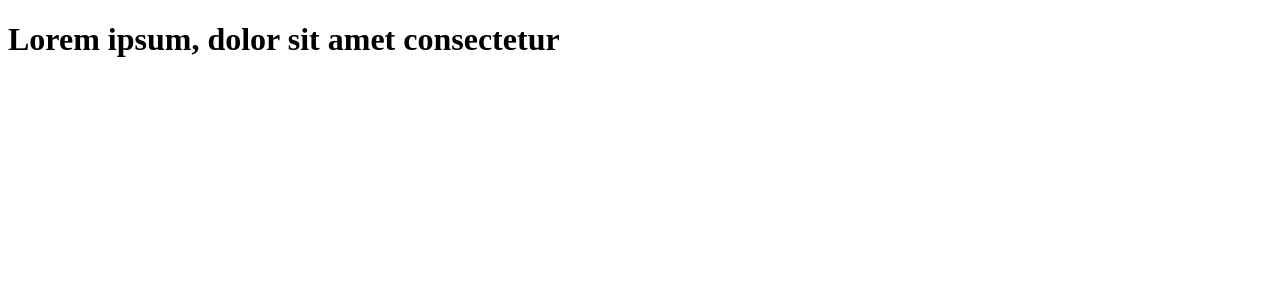
Repository: tongdkhai/Graphic-Art-Mart
Page: test/test.html
An editor plug-in stored every save of this project. The page is shown before and after the next save, followed by the edit.
The browser window is 1280 px wide. The pictures show the whole page.

Above is the page before, as saved 2022-10-25 17:19:02.

### test/test.html
<!DOCTYPE html>
<html lang="en">
  <head>
    <meta charset="UTF-8" />
    <meta http-equiv="X-UA-Compatible" content="IE=edge" />
    <meta name="viewport" content="width=device-width, initial-scale=1.0" />
    <title>Document</title>
    <link
      rel="stylesheet"
      href="https://unpkg.com/flickity@2.3.0/dist/flickity.pkgd.min.js"
    />
    <link
      rel="stylesheet"
      href="https://unpkg.com/flickity@2.3.0/dist/flickity.css"
    />
    <link rel="stylesheet" href="./flickity-master/css/flickity.css" />
    <style>
    </style>
  </head>
  <body>
    <h1 class="title">Lorem ipsum, dolor sit amet consectetur </h1>
    <div class="box" data-flickity='"freeScroll": true, "wrapAround": true'>

    </div>
    <script type="text/javascript" src="./docs/flickity.pkgd.min.js"></script>
  </body>
</html>

### test/flickity-master/css/flickity.css
/*! Flickity v3.0.0
https://flickity.metafizzy.co
---------------------------------------------- */

.flickity-enabled {
  position: relative;
}

.flickity-enabled:focus { outline: none; }

.flickity-viewport {
  overflow: hidden;
  position: relative;
  height: 100%;
  touch-action: pan-y;
}

.flickity-slider {
  position: absolute;
  width: 100%;
  height: 100%;
  left: 0;
}

.flickity-rtl .flickity-slider {
  left: unset;
  right: 0;
}

/* draggable */

.flickity-enabled.is-draggable {
  -webkit-tap-highlight-color: transparent;
  user-select: none;
}

.flickity-enabled.is-draggable .flickity-viewport {
  cursor: move;
  cursor: grab;
}

.flickity-enabled.is-draggable .flickity-viewport.is-pointer-down {
  cursor: grabbing;
}

/* ---- flickity-cell ---- */

.flickity-cell {
  position: absolute;
  left: 0;
}

.flickity-rtl .flickity-cell {
  left: unset;
  right: 0;
}

/* ---- flickity-button ---- */

.flickity-button {
  position: absolute;
  background: hsl(0 0% 100% / 75%);
  border: none;
  color: #333;
}

.flickity-button:hover {
  background: white;
  cursor: pointer;
}

.flickity-button:focus {
  outline: none;
  box-shadow: 0 0 0 5px #19F;
}

.flickity-button:active {
  opacity: 0.6;
}

.flickity-button:disabled {
  opacity: 0.3;
  cursor: auto;
  /* prevent disabled button from capturing pointer up event. #716 */
  pointer-events: none;
}

.flickity-button-icon {
  fill: currentColor;
}

/* ---- previous/next buttons ---- */

.flickity-prev-next-button {
  top: 50%;
  width: 44px;
  height: 44px;
  border-radius: 50%;
  /* vertically center */
  transform: translateY(-50%);
}

.flickity-prev-next-button.previous { left: 10px; }
.flickity-prev-next-button.next { right: 10px; }
/* right to left */
.flickity-rtl .flickity-prev-next-button.previous {
  left: auto;
  right: 10px;
}

.flickity-rtl .flickity-prev-next-button.next {
  right: auto;
  left: 10px;
}

.flickity-prev-next-button .flickity-button-icon {
  position: absolute;
  left: 20%;
  top: 20%;
  width: 60%;
  height: 60%;
}

/* ---- page dots ---- */

.flickity-page-dots {
  position: absolute;
  width: 100%;
  bottom: -25px;
  text-align: center;
  display: flex;
  justify-content: center;
  flex-wrap: wrap;
}

.flickity-rtl .flickity-page-dots { direction: rtl; }

.flickity-page-dot {
  display: block;
  width: 10px;
  height: 10px;
  padding: 0;
  margin: 0 8px;
  background: hsl(0 0% 20% / 25%);
  border-radius: 50%;
  cursor: pointer;
  appearance: none;
  border: none;
  text-indent: -9999px;
  overflow: hidden;
}

.flickity-rtl .flickity-page-dot {
  text-indent: 9999px;
}

.flickity-page-dot:focus {
  outline: none;
  box-shadow: 0 0 0 5px #19F;
}

.flickity-page-dot.is-selected {
  background: hsl(0 0% 20% / 100%);
}

Loaded but not shown: test/docs/flickity.pkgd.min.js (library)

After the next save:
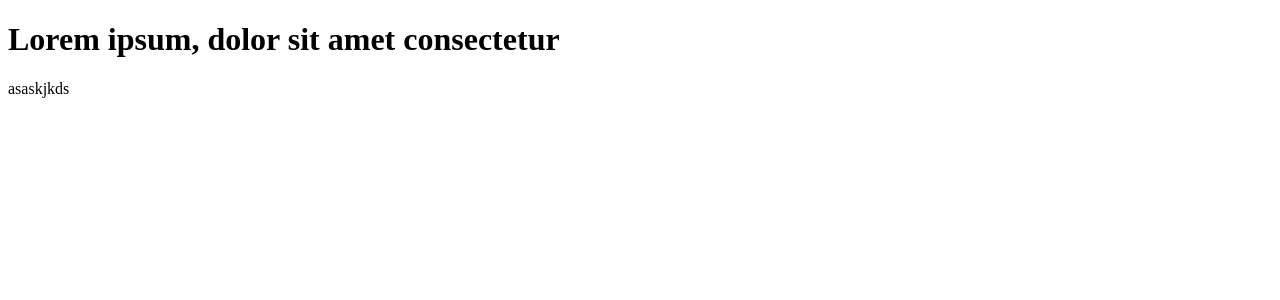
Saved 19 s later.
--- a/test/test.html
+++ b/test/test.html
@@ -20,7 +20,9 @@
   <body>
     <h1 class="title">Lorem ipsum, dolor sit amet consectetur </h1>
     <div class="box" data-flickity='"freeScroll": true, "wrapAround": true'>
-
+      <div class="carousel-cell">
+        asaskjkds
+      </div>
     </div>
     <script type="text/javascript" src="./docs/flickity.pkgd.min.js"></script>
   </body>
